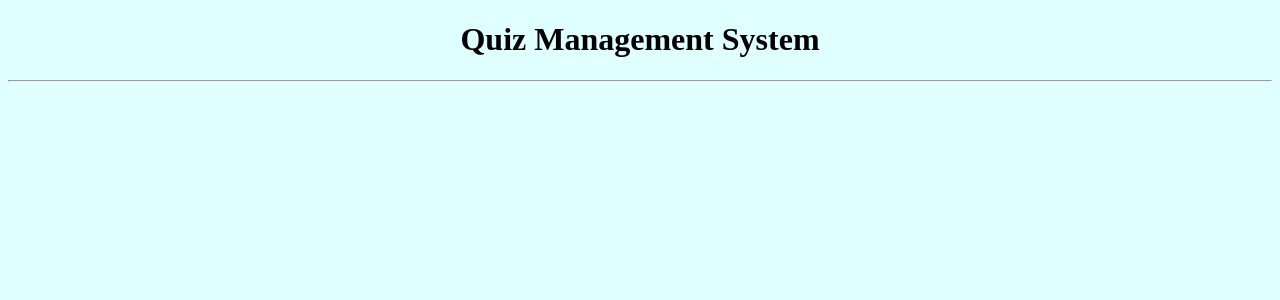
Repository: Rohitsenpai01/Quiz-Manangement-System
Page: http://localhost/WebQuizApp/quizlist.jsp
An editor plug-in stored every save of this project. The page is shown before and after the next save, followed by the edit.
The browser window is 1280 px wide. The pictures show the whole page.
The page is served by Tomcat 9.

Above is the page before, as saved 2025-12-29 14:30:05.

After the next save:
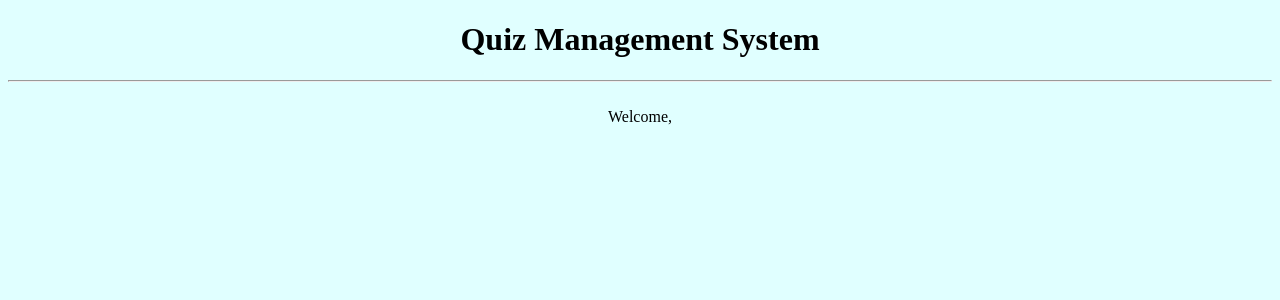
Saved 4 min 4 s later.
--- a/WebQuizApp/WebQuizApp/src/main/webapp/quizlist.jsp
+++ b/WebQuizApp/WebQuizApp/src/main/webapp/quizlist.jsp
@@ -9,6 +9,11 @@
 </head>
 <body bgcolor="${initParam.theme}">
 	<h1 style="text-align: center;">${initParam.appTitle}</h1><hr><br>
+	<jsp:useBean id="ql" class="com.app.beans.QuizListBean" scope="session"/>
+	<jsp:useBean id="lp" class="com.app.beans.LoginBean" scope="session"/>
+	<div style="text-align: center;">
+		Welcome, ${lp.user.name}
 
+	</div>
 </body>
 </html>
